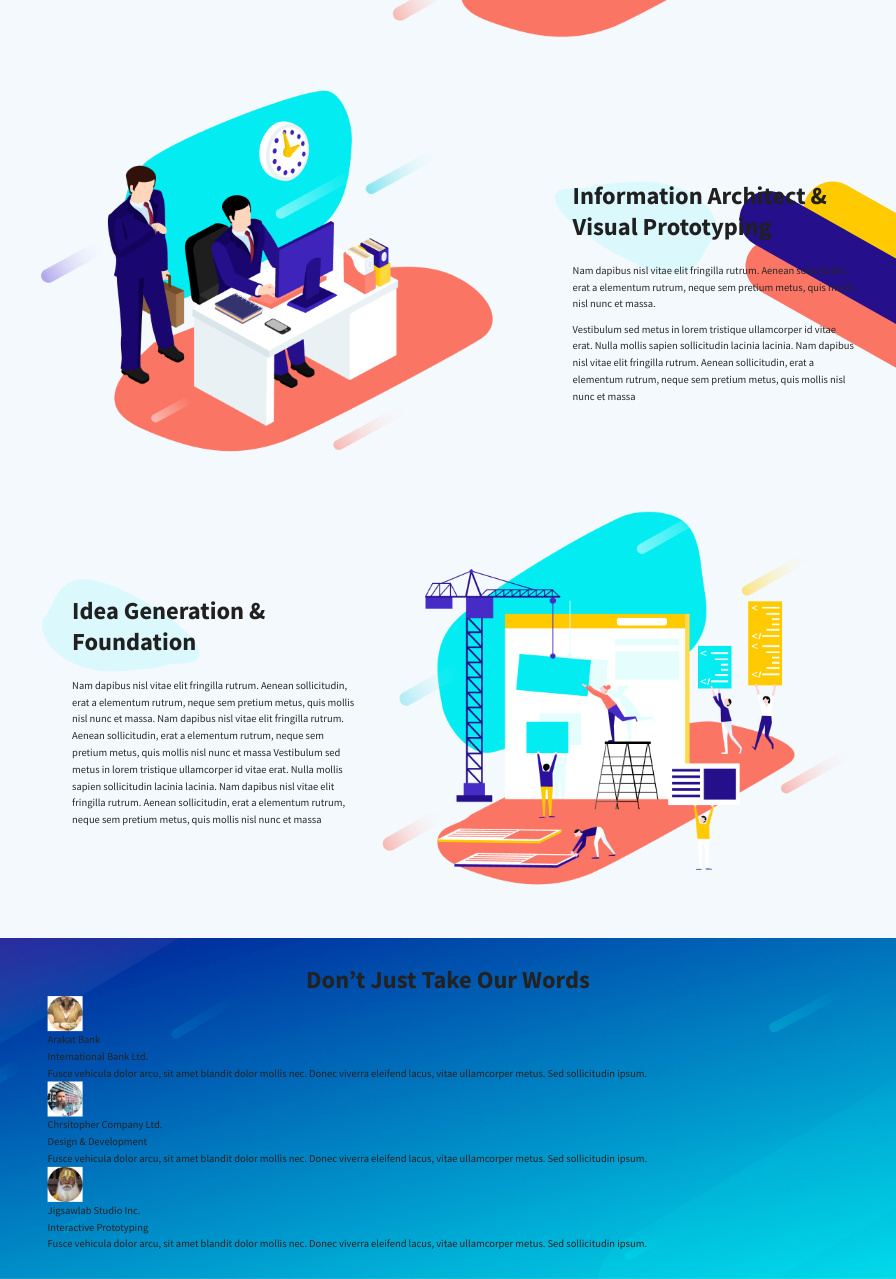
Repository: advert31337/marafon_from0to1_MartaUP
Page: index.html
These files come from the project's save history. The page is drawn as it stood at one moment and after the next save; the edit follows.
The browser window is 1280 px wide. The pictures show the part of the page from y = 1900 to 3820 px (the page is 3727 px tall before and 3820 px after), at 70% of full size.

Above is the page before, as saved 2020-03-08 11:16:52.

### index.html
<!DOCTYPE html>
<html lang="en">

<head>
    <meta charset="UTF-8">
    <meta name="viewport" content="width=device-width, initial-scale=1.0">
    <title>Marafon MartaUP</title>
    <link href="https://fonts.googleapis.com/css?family=Source+Sans+Pro:400,600,700&display=swap" rel="stylesheet">
    <link rel="stylesheet" href="css/reset.css">
    <link rel="stylesheet" href="css/slick.css">
    <link rel="stylesheet" href="css/style.css">
</head>

<body>
    <header class="header">

        <div class="container">
            <div class="header__top">

                <div class="logo">
                    <a href="#!">+
                        <img src="images/logo.svg" alt="">
                    </a>
                </div>

                <nav class="menu">
                    <ul class="menu__list">
                        <li><a class="menu__list-item" href="#">home</a></li>
                        <li><a class="menu__list-item" href="#">work</a></li>
                        <li><a class="menu__list-item" href="#">about</a></li>
                        <li><a class="menu__list-item" href="#">contact</a></li>
                    </ul>
                </nav>

                <div class="header-btn">
                    <a class="login" href="#">login</a>
                    <a class="sign-up" href="#">sign up</a>
                </div>

            </div>

            <div class="header-slider">
                <div class="header-slider__item">
                    <div class="header-slider__item-content">

                        <div class="header-slider__item-info">
                            <h3 class="header-slider__title">
                                We Build Apps & Websites
                                for Your Business
                            </h3>
                            <div class="header-slider__description">
                                For startups, For businesses & For you
                            </div>
                            <a href="" class="header-slider__btn">Request a quote</a>
                        </div>

                        <div class="header-slider__item-images">
                            <img src="images/slider-img.png" alt="">
                        </div>
                    </div>
                </div>


                <div class="header-slider__item">
                    <div class="header-slider__item-content">

                        <div class="header-slider__item-info">
                            <h3 class="header-slider__title">
                                We Build Apps & Websites
                                for Your Business
                            </h3>
                            <div class="header-slider__description">
                                For startups, For businesses & For you
                            </div>
                            <a href="" class="header-slider__btn">Request a quote</a>
                        </div>

                        <div class="header-slider__item-images">
                            <img src="images/slider-img.png" alt="">
                        </div>
                    </div>
                </div>


                <div class="header-slider__item">
                    <div class="header-slider__item-content">

                        <div class="header-slider__item-info">
                            <h3 class="header-slider__title">
                                We Build Apps & Websites
                                for Your Business
                            </h3>
                            <div class="header-slider__description">
                                For startups, For businesses & For you
                            </div>
                            <a href="" class="header-slider__btn">Request a quote</a>
                        </div>

                        <div class="header-slider__item-images">
                            <img src="images/slider-img.png" alt="">
                        </div>
                    </div>
                </div>


                <div class="header-slider__item">
                    <div class="header-slider__item-content">

                        <div class="header-slider__item-info">
                            <h3 class="header-slider__title">
                                We Build Apps & Websites
                                for Your Business
                            </h3>
                            <div class="header-slider__description">
                                For startups, For businesses & For you
                            </div>
                            <a href="" class="header-slider__btn">Request a quote</a>
                        </div>

                        <div class="header-slider__item-images">
                            <img src="images/slider-img.png" alt="">
                        </div>
                    </div>
                </div>


                <div class="header-slider__item">
                    <div class="header-slider__item-content">

                        <div class="header-slider__item-info">
                            <h3 class="header-slider__title">
                                We Build Apps & Websites
                                for Your Business
                            </h3>
                            <div class="header-slider__description">
                                For startups, For businesses & For you
                            </div>
                            <a href="" class="header-slider__btn">Request a quote</a>
                        </div>

                        <div class="header-slider__item-images">
                            <img src="images/slider-img.png" alt="">
                        </div>
                    </div>
                </div>
            </div>

        </div>

    </header>

    <section class="specialised">
        <div class="container">
            <div class="specialised__title title">
                We are specialised in
            </div>
            <div class="specialised__items">
                <div class="specialised__item">
                    <div class="specialised__item-img">
                        <img src="images/specialise-1.svg" alt="">
                    </div>

                    <div class="specialise__item-title">
                        UI/UX Design
                    </div>
                    <div class="specialise__item-text">
                        In hac habitasse platea dictumstmus adipiscing fermentum quam volutpat aliquam. Integer cilisis tristique.
                    </div>
                </div>
                <div class="specialised__item">
                    <div class="specialised__item-img">
                        <img src="images/specialise-2.svg" alt="">
                    </div>
                    <div class="specialise__item-title">
                        Web Development
                    </div>
                    <div class="specialise__item-text">
                        In hac habitasse platea dictumstmus adipiscing fermentum quam volutpat aliquam. Integer cilisis tristique.
                    </div>
                </div>
                <div class="specialised__item">
                    <div class="specialised__item-img">
                        <img src="images/specialise-3.svg" alt="">
                    </div>
                    <div class="specialise__item-title">
                        App Development
                    </div>
                    <div class="specialise__item-text">
                        In hac habitasse platea dictumstmus adipiscing fermentum quam volutpat aliquam. Integer cilisis tristique.
                    </div>
                </div>
            </div>
        </div>
    </section>

    <section class="advantages">
        <div class="container">

            <div class="advantages-box">
                <div class="advantages-box__info">
                    <div class="advantages-box__title">
                        Experienced Designers & Developers
                    </div>
                    <div class="advantages-box__text">
                        <p>
                            Nam dapibus nisl vitae elit fringilla rutrum. Aenean sollicitudin, erat a elementum rutrum, neque sem pretium metus, quis mollis nisl nunc et massa.
                        </p>
                        <p>
                            Vestibulum sed metus in lorem tristique ullamcorper id vitae erat.
                        </p>
                    </div>
                </div>

                <div class="advantages-box__img">
                    <img src="images/advantages-1.png" alt="">
                </div>
            </div>

            <div class="advantages-box advantages-box--right">
                <div class="advantages-box__info">
                    <div class="advantages-box__title">
                        Information Architect &
                        Visual Prototyping
                    </div>
                    <div class="advantages-box__text">
                        <p>
                            Nam dapibus nisl vitae elit fringilla rutrum. Aenean sollicitudin, erat a elementum rutrum, neque sem pretium metus, quis mollis nisl nunc et massa.
                        </p>
                        <p>
                            Vestibulum sed metus in lorem tristique ullamcorper id vitae erat. Nulla mollis sapien sollicitudin lacinia lacinia. Nam dapibus nisl vitae elit fringilla rutrum. Aenean sollicitudin, erat a elementum rutrum, neque sem pretium metus, quis mollis nisl nunc et massa
                        </p>
                    </div>
                </div>
                <div class="advantages-box__img">
                    <img src="images/advantages-2.png" alt="">
                </div>
            </div>

            <div class="advantages-box">
                <div class="advantages-box__info advantages-box__info--bg">
                    <div class="advantages-box__title">
                        Idea Generation & Foundation
                    </div>
                    <div class="advantages-box__text">
                        <p>
                            Nam dapibus nisl vitae elit fringilla rutrum. Aenean sollicitudin, erat a elementum rutrum, neque sem pretium metus, quis mollis nisl nunc et massa. Nam dapibus nisl vitae elit fringilla rutrum. Aenean sollicitudin, erat a elementum rutrum, neque sem pretium metus, quis mollis nisl nunc et massa    Vestibulum sed metus in lorem tristique ullamcorper id vitae erat. Nulla mollis sapien sollicitudin lacinia lacinia. Nam dapibus nisl vitae elit fringilla rutrum. Aenean sollicitudin, erat a elementum rutrum, neque sem pretium metus, quis mollis nisl nunc et massa
                        </p>
                    </div>
                </div>

                <div class="advantages-box__img">
                    <img src="images/advantages-3.png" alt="">
                </div>
            </div>
        </div>
    </section>

    <section class="reviews">
        <div class="container">
            <div class="reviews__title title">
                Don’t Just Take Our Words
            </div>
            <div class="reviews__items">

                <div class="reviews__item">
                    <div class="reviews__item-head">
                        <img src="images/rev-1.jpg" alt="">
                        <div class="reviews__item-info">
                            <div class="reviews__item-name">
                                Arakat Bank
                            </div>
                            <div class="reviews__item-position">
                                International Bank Ltd.
                            </div>
                        </div>
                    </div>
                    <div class="reviews__item-text">
                        Fusce vehicula dolor arcu, sit amet blandit dolor mollis nec. Donec viverra eleifend lacus, vitae ullamcorper metus. Sed sollicitudin ipsum.
                    </div>
                </div>

                <div class="reviews__item">
                    <div class="reviews__item-head">
                        <img src="images/rev-2.jpg" alt="">
                        <div class="reviews__item-info">
                            <div class="reviews__item-name">
                                Chrsitopher Company Ltd.
                            </div>
                            <div class="reviews__item-position">
                                Design & Development
                            </div>
                        </div>
                    </div>
                    <div class="reviews__item-text">
                        Fusce vehicula dolor arcu, sit amet blandit dolor mollis nec. Donec viverra eleifend lacus, vitae ullamcorper metus. Sed sollicitudin ipsum.
                    </div>
                </div>

                <div class="reviews__item">
                    <div class="reviews__item-head">
                        <img src="images/rev-3.jpg" alt="">
                        <div class="reviews__item-info">
                            <div class="reviews__item-name">
                                Jigsawlab Studio Inc.
                            </div>
                            <div class="reviews__item-position">
                                Interactive Prototyping
                            </div>
                        </div>
                    </div>
                    <div class="reviews__item-text">
                        Fusce vehicula dolor arcu, sit amet blandit dolor mollis nec. Donec viverra eleifend lacus, vitae ullamcorper metus. Sed sollicitudin ipsum.
                    </div>
                </div>

            </div>
        </div>
    </section>

    <footer>

    </footer>


    <script src="https://ajax.googleapis.com/ajax/libs/jquery/3.4.1/jquery.min.js"></script>
    <script src="js/slick.min.js"></script>
    <script src="js/main.js"></script>
</body>

</html>

### css/style.css
*{
    box-sizing: border-box;
}

body {
    font-family: 'Source Sans Pro', sans-serif;
    font-size: 15px;
    line-height: 24px;
}

a {
    text-decoration: none;
    color: inherit;
}
.header {
    background-image: url('../images/header-bg.jpg');
    min-height: 793px;
    background-repeat: no-repeat;
    background-size: cover;
    background-position: top center;
}

.container {
    max-width: 1200px;
    margin: 0 auto;
    padding: 0 15px 0 15px;

}

.header__top {
    display: flex;
    justify-content: space-between;
    height: 100px;
    align-items: center;
}

.menu__list {
    display: flex;
}

.menu__list li + li {
    padding-left: 50px;

}

.login {
    margin-right: 44px;
    color: #fff;
    text-transform: uppercase;
    font-weight: 600;
}

.menu__list a{
    opacity: 0.5;
    color: #fff;
    font-weight: 600;
    text-transform: uppercase;
    transition: all 0.5s;
}

.menu__list a:hover {
    opacity: 1;
}

.sign-up {
    text-transform: uppercase;
    color: #250f8a;
    font-weight: 600;
    background-color: #fff;
    padding: 8px 43px;
    border-radius: 20px;

}

.header-slider {
    padding-top: 111px;
}
.header-slider__item {

}
.header-slider__item-content {
    display: flex;
    justify-content: space-between;
}
.header-slider__item-info {
    max-width: 506px;
    color:#fff;
}
.header-slider__title {
    font-weight: 700;
    font-size: 45px;
    line-height: 60px;
    margin-bottom: 10px;
}
.header-slider__description {
    line-height: 55px;
    font-size: 24px;
    margin-bottom: 60px;
}
.header-slider__btn {
    font-weight: 600;
    text-transform: uppercase;
    color: #250F8A;
    padding: 13px 39px;
    background-color: #FFCA00;
    border-radius: 25px;
}
.header-slider__item-images {
    margin: 10px 82px 0 0;
}

.header-dots{
    list-style: none;
    position: absolute;
    right: 0;
    top: 50%;
}

.header-dots button {
    border: none;
    background-color: #fff;
    opacity: 0.5;
    font-size: 0;
    padding: 0;
    width: 7px;
    height: 7px;
    border-radius: 3.5px;
    cursor: pointer;
    outline: none;
    margin: 10px auto;
    display: block;
}

.header-dots .slick-active button{
    width: 15px;
    opacity: 1;
}

.specialised{
    padding: 55px 0 93px;
    background-image: url(../images/special-bg.svg);
    background-position: left bottom;
    background-repeat: no-repeat;
    color: #202020;
    text-align: center;
}

.specialised__title {
    margin-bottom: 96px;
}
.title {
    font-size: 35px;
    line-height: 45px;
    font-weight: 700;
    text-align: center;
}

.specialised__items {
    display: flex;
    justify-content: space-between;
    max-width: 980px;
    margin: 0 auto;

}
.specialised__item {
    width: 280px;
}
.specialised__item-img {
    margin-bottom: 23px;
    min-height: 159px;
}
.specialise__item-title {
    margin-bottom: 11px;
    font-size: 20px;
    font-weight: 700;
}
.specialise__item-text {
   padding: 0 10px;
   color: #272727;
   opacity: 0.7;
}


.advantages {
    padding-top: 64px;
    background: #f4f9fd;
    background-image: url(../images/advantages-bg.svg);
    background-repeat: no-repeat;
    background-position: center right;
}

.advantages-box {
    display: flex;
    justify-content: space-between;
    padding-bottom: 76px;
}

 .advantages-box--right .advantages-box__info{
    order: 1;
    background-image: url(../images/title-bg-2.svg);
    background-position: 22px 130px;
}
.advantages-box__info {
    max-width: 455px;
    padding-top: 60px;
    background-image: url(../images/title-bg-1.svg);
    background-repeat: no-repeat;
    background-position: 22px 76px;
}

.advantages-box__info--bg{
    background-image: url(../images/title-bg-3.svg);
    background-position: 5px 105px;
}


.advantages-box__title {
    color: #202020;
    font-size: 35px;
    line-height: 45px;
    font-weight: 700;
    padding: 68px 0 15px 48px;

}
.advantages-box__text {
    padding-left: 48px;
    color: #272727;
}

.advantages-box__text p{
    margin: 12px 0;
}
.advantages-box__img {
}


.reviews {
    background-image: url(../images/reviews-bg.jpg);
    background-repeat: no-repeat;
    background-position: top center;
    background-size: cover;
    padding: 38px 53px;
}

.title {
}
.reviews__items {
}
.reviews__item {
}
.reviews__item-head {
}
.reviews__item-info {
}
.reviews__item-name {
}
.reviews__item-position {
}
.reviews__item-text {
}

### js/main.js
$(function(){
    $('.header-slider').slick({
        arrows: false,
        vertical: true,
        dots: true,
        dotsClass: 'header-dots',
        autoplay: 2000,

    })
})

Loaded but not shown: css/reset.css (common file); css/slick.css (common file); js/slick.min.js (library)

After the next save:
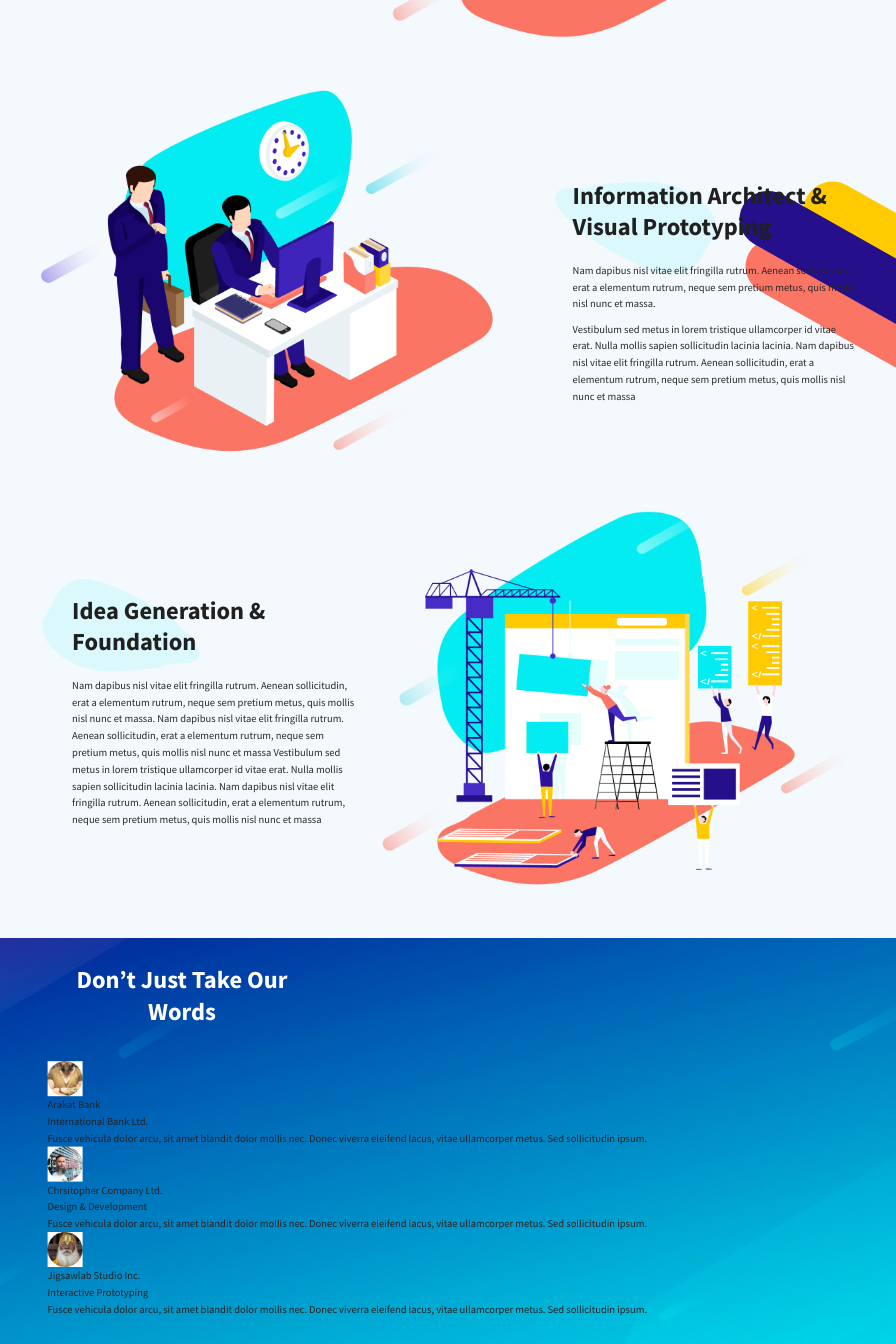
Saved 57 s later.
--- a/css/style.css
+++ b/css/style.css
@@ -242,7 +242,10 @@ a {
     padding: 38px 53px;
 }
 
-.title {
+.reviews__title {
+    color: #fff;
+    margin-bottom: 48px;
+    max-width: 384px;
 }
 .reviews__items {
 }
